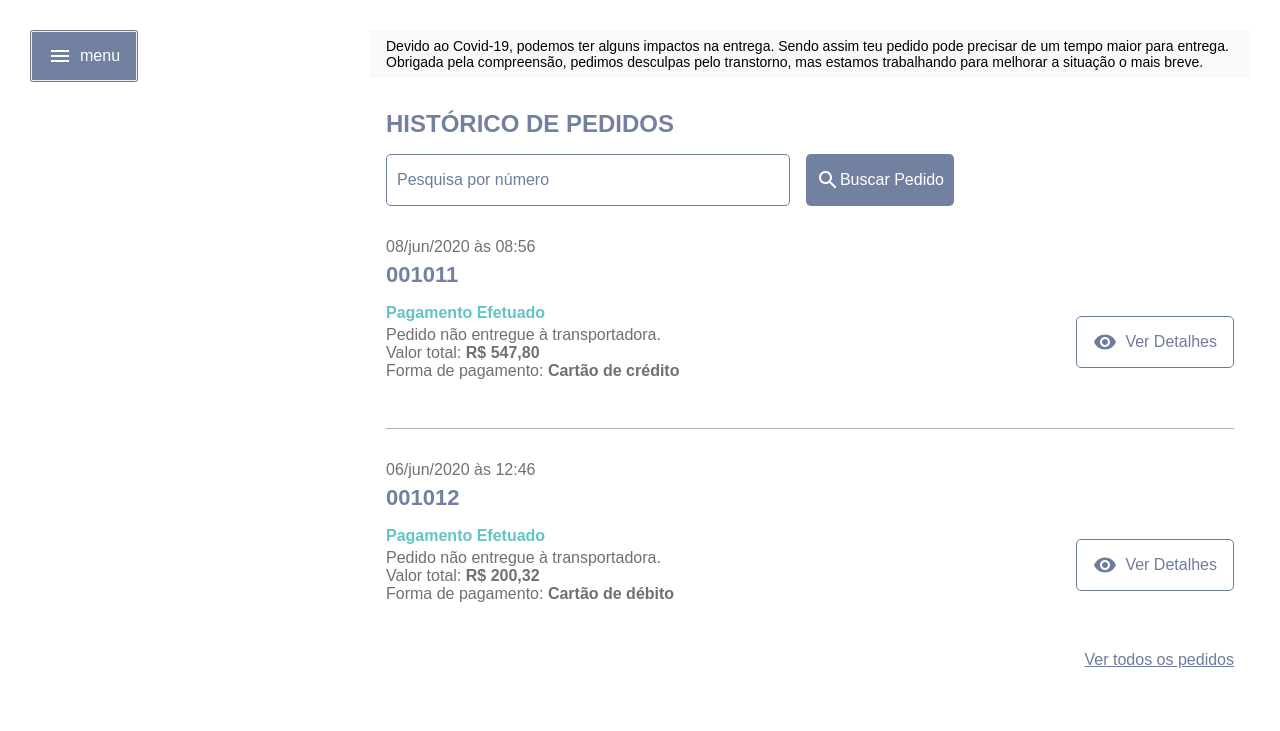
Repository: indiamarasiqueira/gestao-produto
Page: /
These files come from the project's save history. The page is drawn as it stood at one moment and after the next save; the edit follows.
The browser window is 1280 px wide. The pictures show the whole page.
The project was rebuilt for these pictures with package versions that can differ from the ones it lists, and the page was loaded fresh each time. Also part of the build but not shown: src/pages/generic/style.js, src/pages/generic/index.js, src/components/ModalMenu/index.js.

Above is the page before, as saved 2020-07-07 10:59:30.

After the next save:
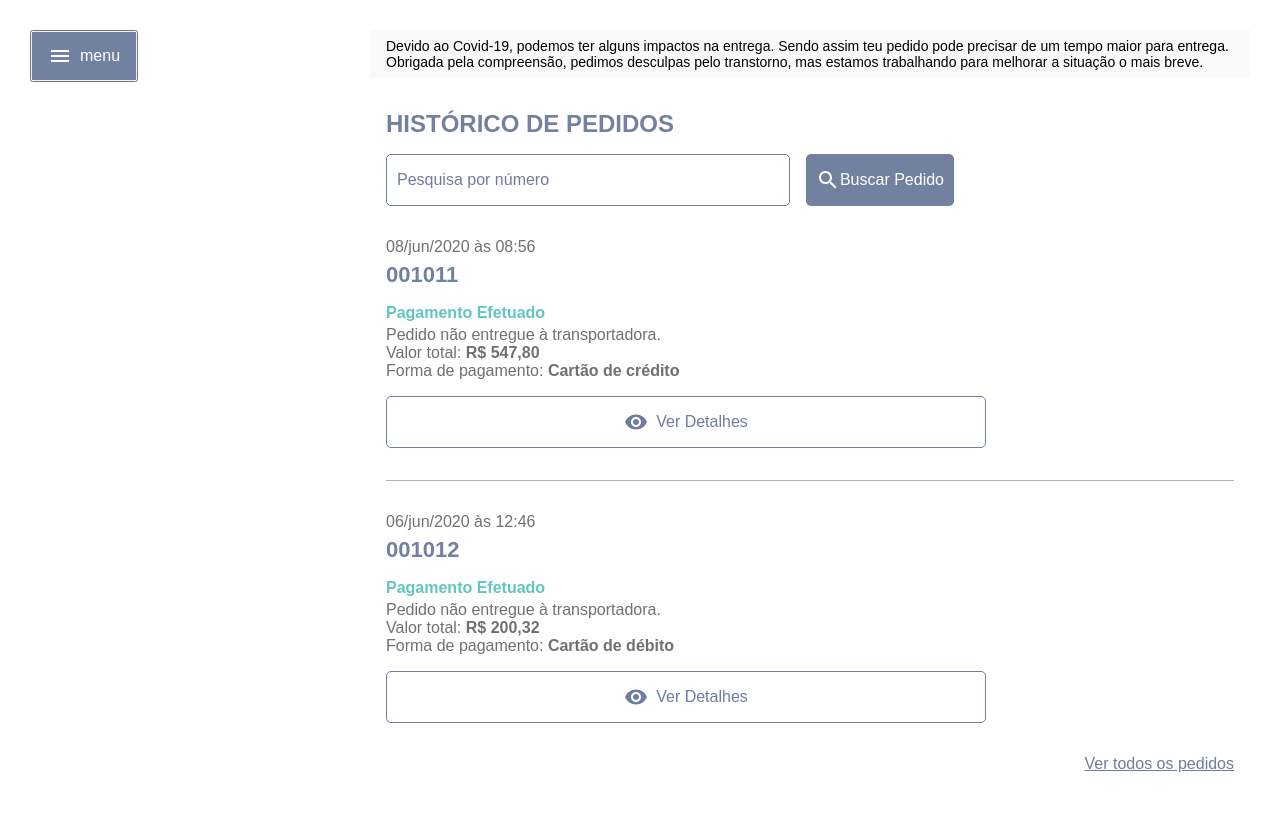
Saved 3 min 17 s later.
--- a/src/components/Order/style.js
+++ b/src/components/Order/style.js
@@ -15,8 +15,6 @@ export const OrderListItem = styled.div`
   &:first-of-type {
     border-top-width: 0;
   }
-
-
 `;
 export const OrderDate = styled.p`
   color: #707070;
@@ -29,11 +27,7 @@ export const OrderId = styled.p`
   font-weight: bold;
 `;
 export const OrderBox = styled.div`
-
-  @media all and (min-width: 600px){
-    display: flex;
-    align-items: center;
-  }
+  max-width: 600px;
 `;
 export const OrderInfo = styled.div`
   flex: 1;
